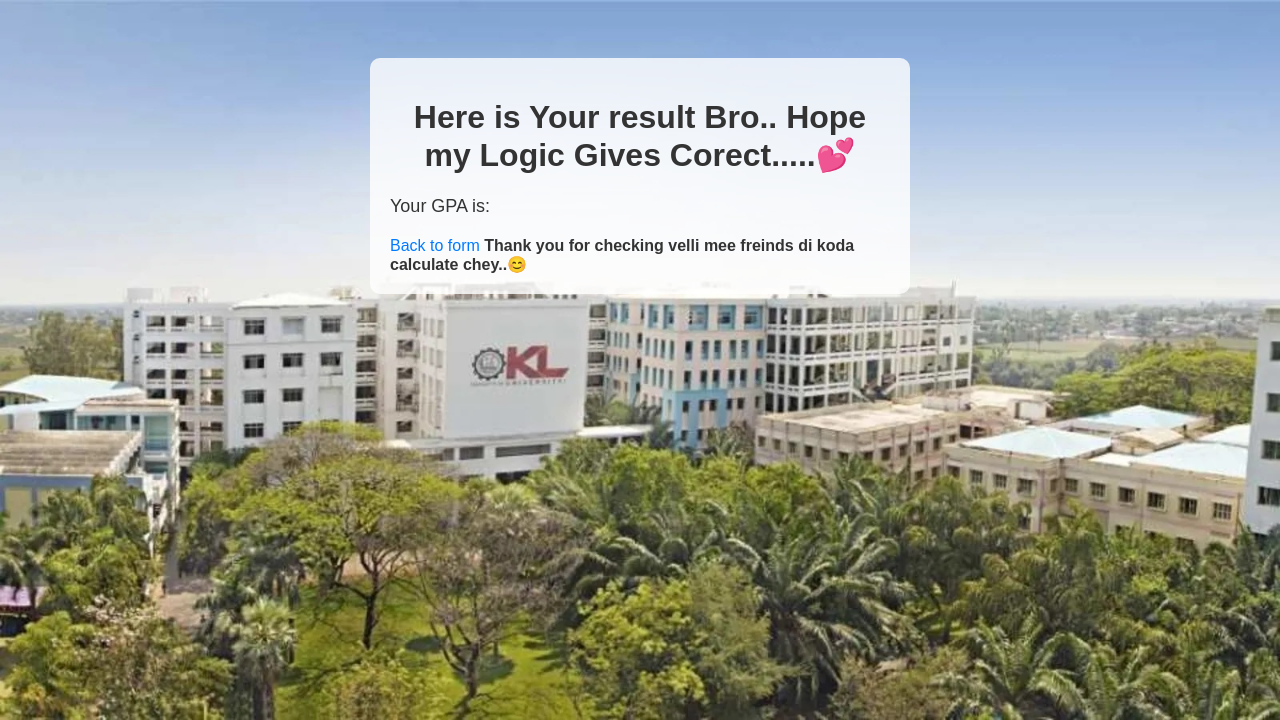
Repository: meghanathG/cgpa-calculator
Page: http://localhost/CGPACalculator/result.jsp
An editor plug-in stored every save of this project. The page is shown before and after the next save, followed by the edit.
The browser window is 1280 px wide. The pictures show the whole page.
The page is served by Tomcat 9. Other server files are loaded and not shown. The template is opened directly, without the code that normally fills it, so the values that code supplies are empty.

Above is the page before, as saved 2024-06-09 05:34:42.

### CGPACalculator/src/main/webapp/result.jsp
<%@ page contentType="text/html;charset=UTF-8" language="java" %>
<html>
<head>
    <title>Result</title>
    <style>
        /* CSS styles */
        body {
            background-image: url('/images/klabt.jpg'); /* Adjust path as needed */
            background-size: cover;
            background-repeat: no-repeat;
            font-family: Arial, sans-serif;
            color: #333;
            padding: 50px; /* Add padding for better appearance */
        }
        .container {
            background-color: rgba(255, 255, 255, 0.8); /* semi-transparent white background */
            padding: 20px;
            border-radius: 10px;
            max-width: 500px;
            margin: 0 auto;
        }
        h1 {
            text-align: center;
        }
        p {
            font-size: 18px;
            margin-bottom: 20px;
        }
        a {
            color: #007bff;
            text-decoration: none;
        }
        a:hover {
            text-decoration: underline;
        }
    </style>
</head>
<body>
    <div class="container">
        <h1>Here is Your result Bro.. Hope my Logic Gives Corect.....💕</h1>
        <p>Your GPA is: ${gpa}</p>
        <a href="${pageContext.request.contextPath}/subjects">Back to form</a>
        <b>Thank you for checking velli mee freinds di koda calculate chey..😊</b>
    </div>
</body>
</html>

After the next save:
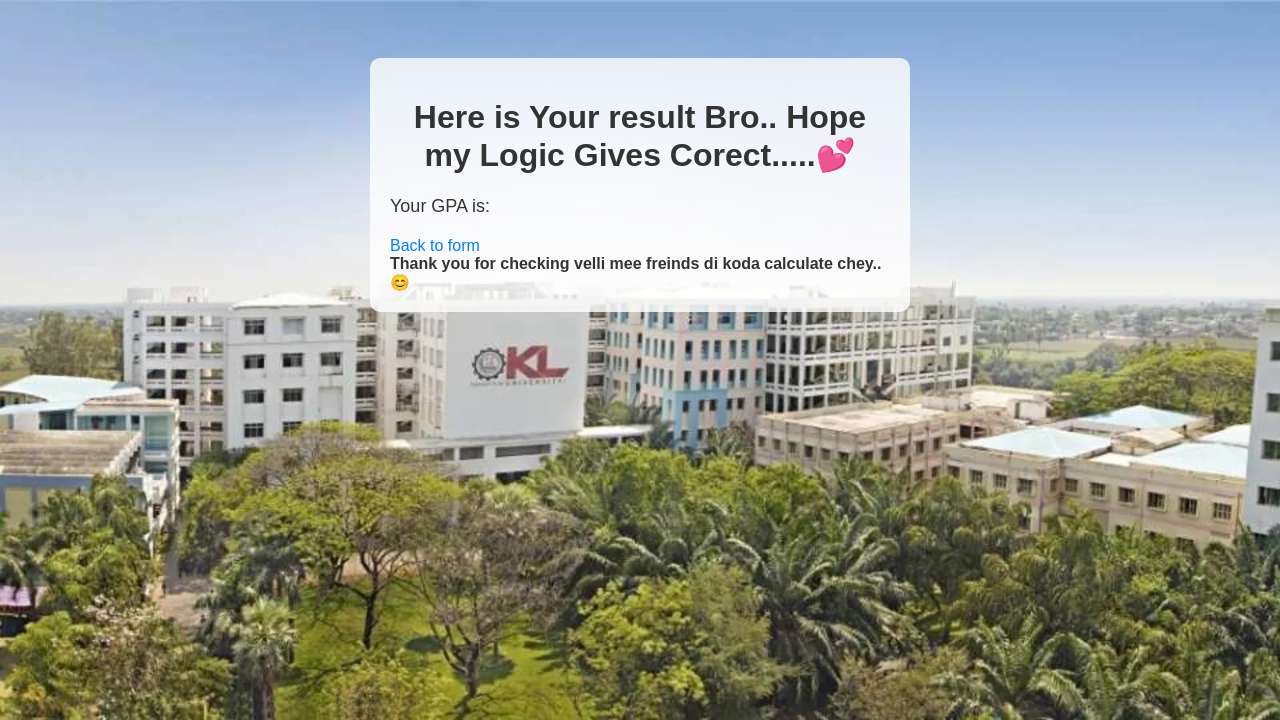
Saved 13 s later.
--- a/CGPACalculator/src/main/webapp/result.jsp
+++ b/CGPACalculator/src/main/webapp/result.jsp
@@ -39,7 +39,7 @@
     <div class="container">
         <h1>Here is Your result Bro.. Hope my Logic Gives Corect.....💕</h1>
         <p>Your GPA is: ${gpa}</p>
-        <a href="${pageContext.request.contextPath}/subjects">Back to form</a>
+        <a href="${pageContext.request.contextPath}/subjects">Back to form</a><br>
         <b>Thank you for checking velli mee freinds di koda calculate chey..😊</b>
     </div>
 </body>
